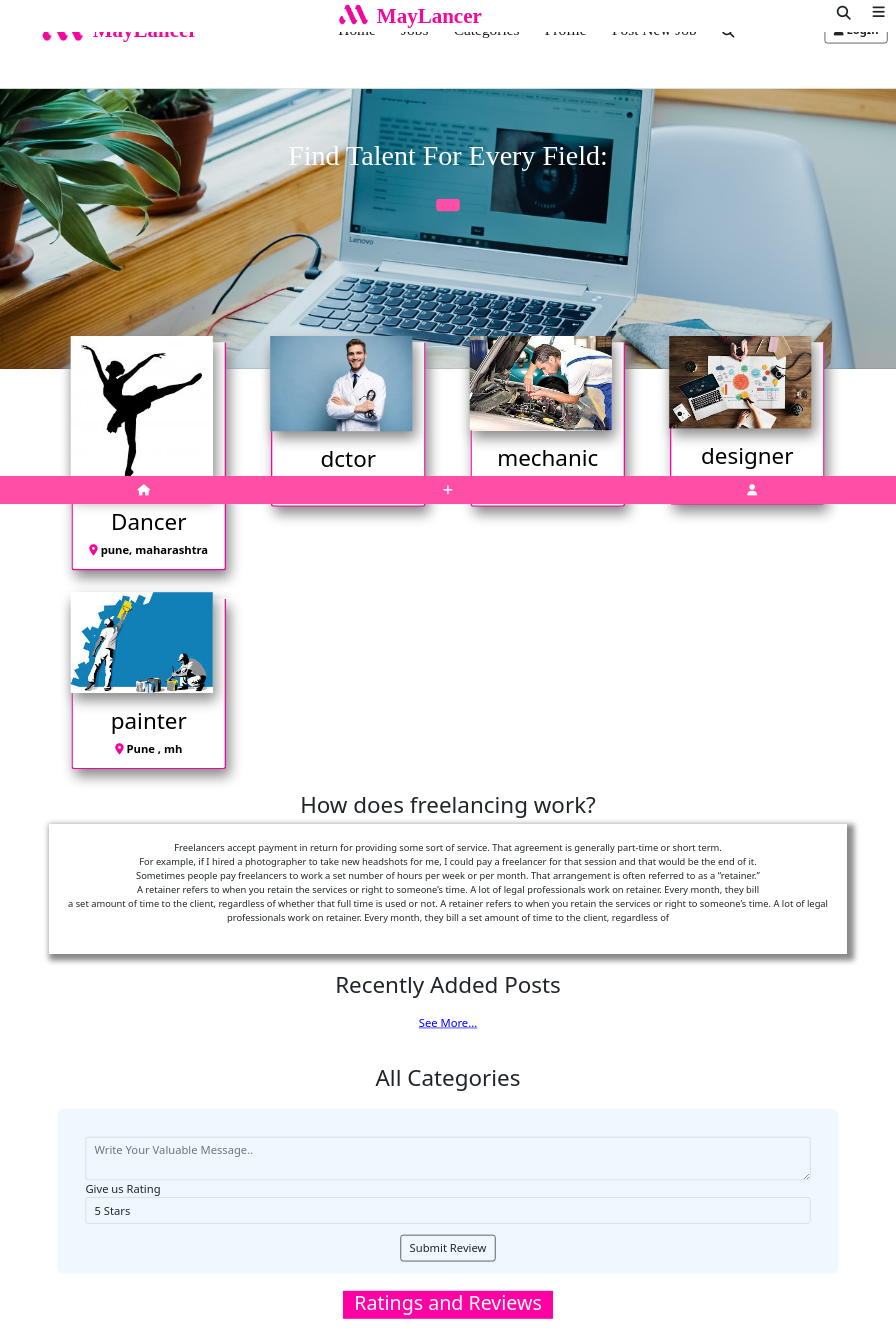
Repository: prathmesh2023/maylancers
Page: http://localhost/
These files come from the project's save history. The page is drawn as it stood at one moment and after the next save; the edit follows.
The browser window is 1280 px wide. The pictures show the part of the page from y = 0 to 1920 px (the page is 2599 px tall), at 70% of full size.
Some web fonts or font styles are not loaded; a fallback is used. Some web libraries are served in a nearby version. The page is served by the project's application, run on Django 3.2 (manage.py). The page reads the database file committed with the project. Queries for data that is not in the repository find no rows.

Above is the page before, as saved 2022-02-18 22:56:50.

After the next save:
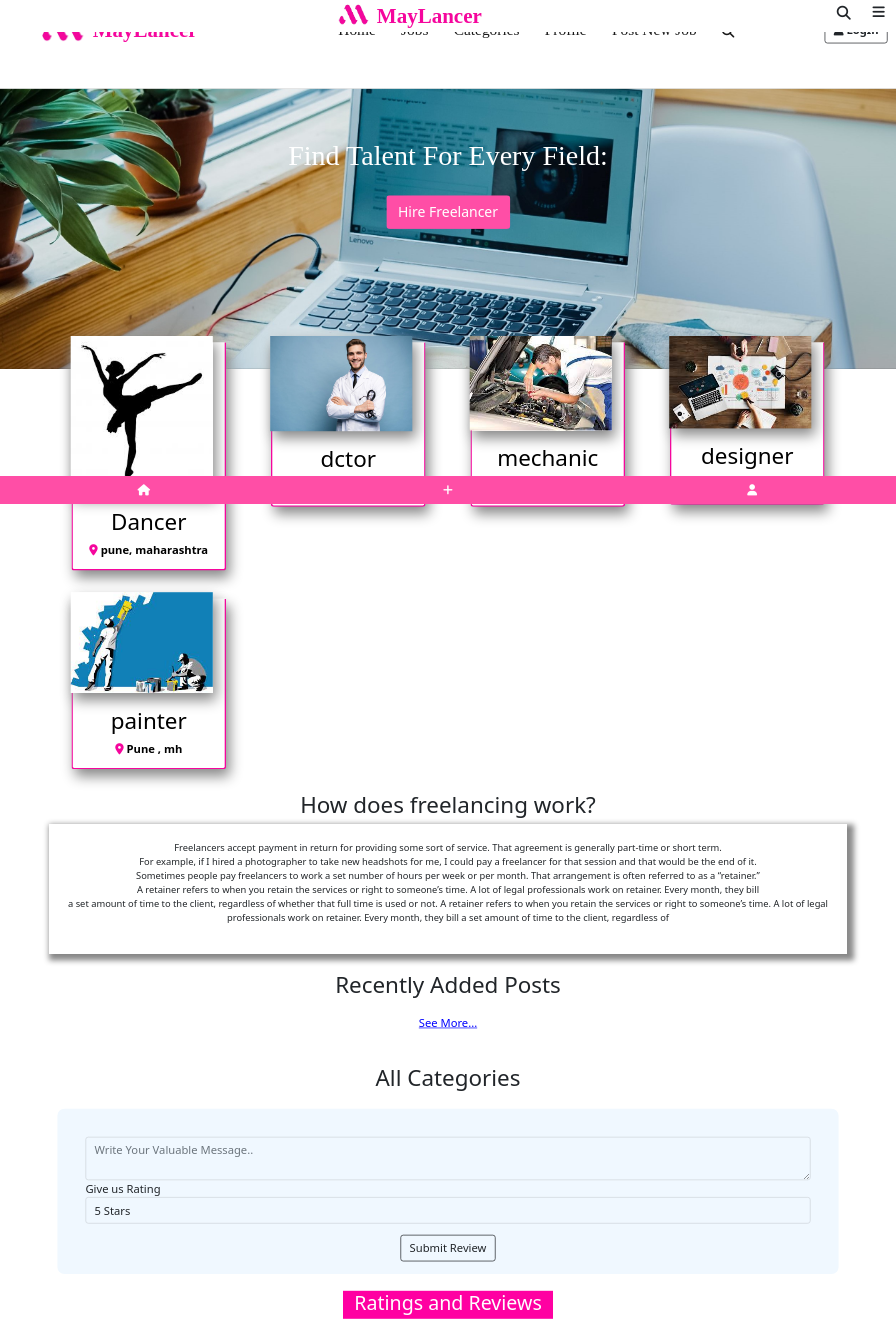
Saved 2 min 4 s later.
--- a/templates/home.html
+++ b/templates/home.html
@@ -18,8 +18,8 @@
         </form>-->
 
         <div class="container text-center">
-            <a href="">
-            <button class="btn btn-lg primary-bg text-white" >
+            <a href="/jobs">
+            <button class="btn btn-lg primary-bg text-white" >Hire Freelancer</button>
             </a>
         </div>
 
